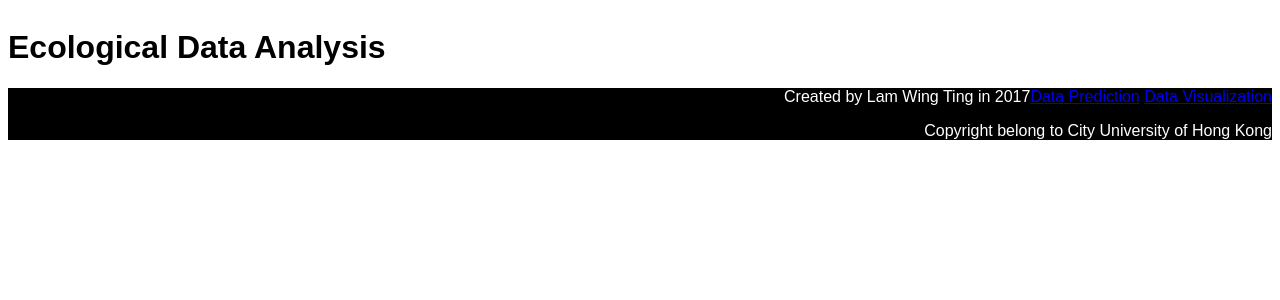
Repository: JenniferLam/FYP
Page: http://localhost/FYP_webapp/prediction/dataPred.html
The author's editor kept a copy of each file at every save. The page is drawn from the files as they stood at one save, then again after the next save.
The browser window is 1280 px wide. The pictures show the whole page.
The page is served by Tomcat 9.

Above is the page before, as saved 2018-01-28 21:51:57.

After the next save:
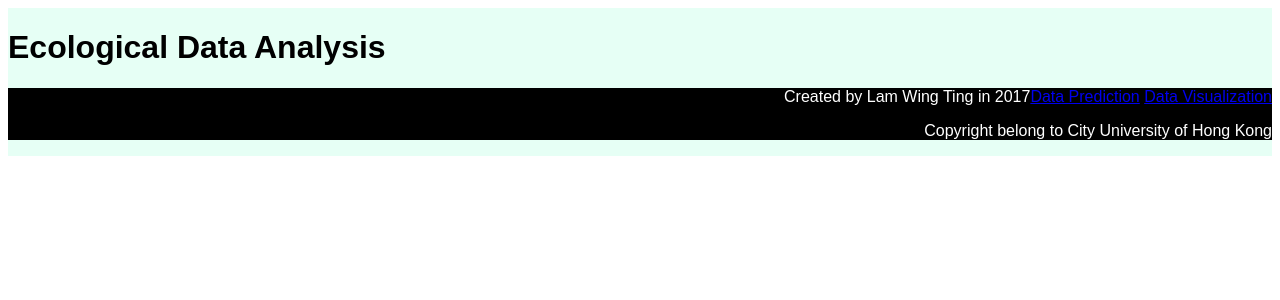
Saved 6 s later.
--- a/WebAppDev/FYP_webapp/WebContent/common.css
+++ b/WebAppDev/FYP_webapp/WebContent/common.css
@@ -6,7 +6,7 @@ body{
 	width:100%;
 	height:20%;
 	display:inline-block;
-	background-rgb(230, 255, 245);
+	background-color: rgb(230, 255, 245);
 }
 #shortcut{
 	float:right;
